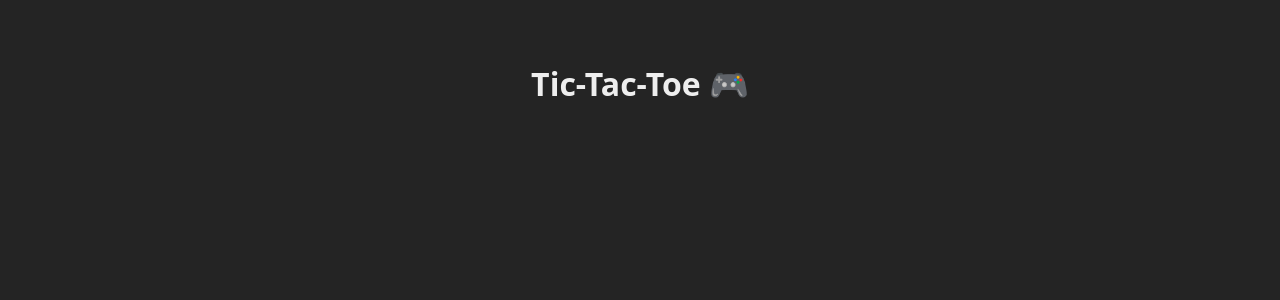
Repository: atzin-escandia/react-tic-tac-toe
Page: /
These files come from the project's save history. The page is drawn as it stood at one moment and after the next save; the edit follows.
The browser window is 1280 px wide. The pictures show the whole page.
The project was rebuilt for these pictures with package versions that can differ from the ones it lists, and the page was loaded fresh each time. Also part of the build but not shown: vite.config.js.

Above is the page before, as saved 2023-10-05 18:44:52.

After the next save:
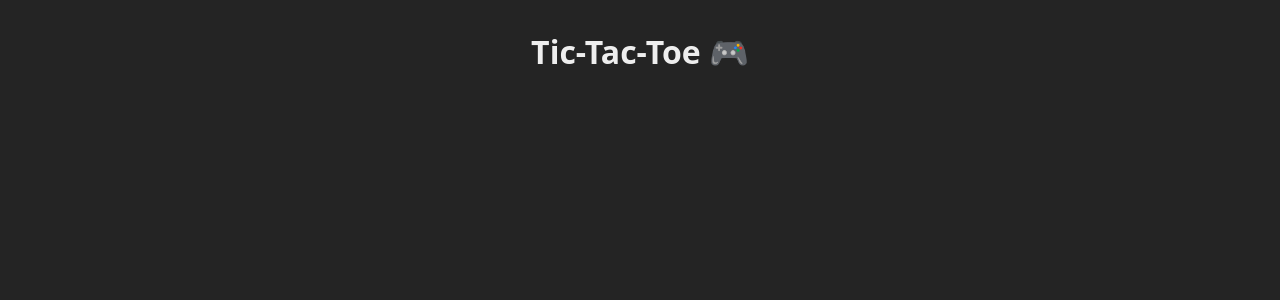
Saved 12 s later.
--- a/src/App.jsx
+++ b/src/App.jsx
@@ -1,4 +1,4 @@
-import "./App.css";
+import "./index.css";
 
 function App() {
   const TURNS = {
